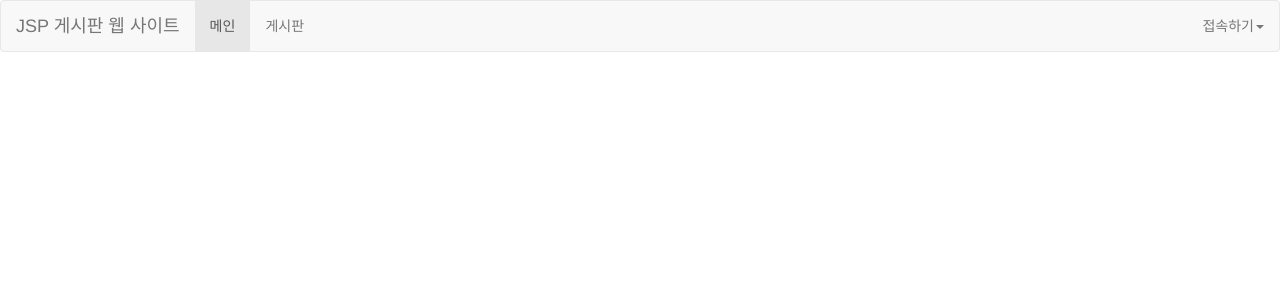
Repository: filola/web_project
Page: http://localhost/BBS/bbs.jsp
These files come from the project's save history. The page is drawn as it stood at one moment and after the next save; the edit follows.
The browser window is 1280 px wide. The pictures show the whole page.
Some web libraries are served in a nearby version. The page is served by Tomcat 9.

Above is the page before, as saved 2019-12-07 04:20:39.

After the next save:
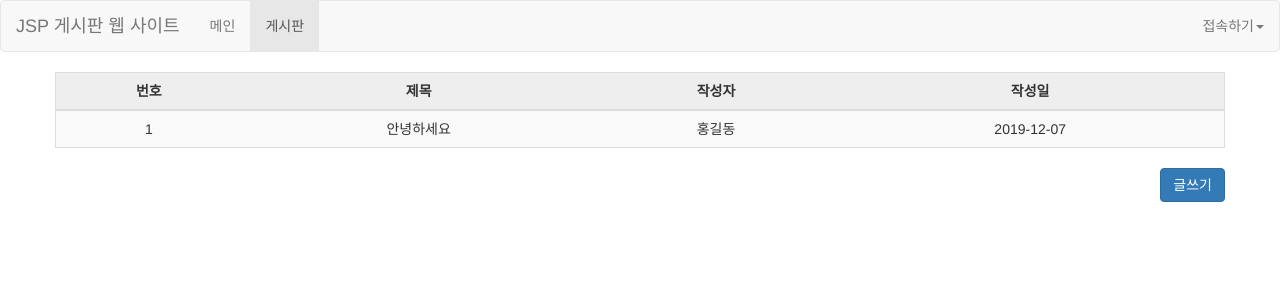
Saved 50 min 18 s later.
--- a/projects/BBS/WebContent/bbs.jsp
+++ b/projects/BBS/WebContent/bbs.jsp
@@ -29,8 +29,8 @@
 		</div>
 		<div class="collapse navbar-collapse" id="bs-example-navbar-collapse-1">
 			<ul class="nav navbar-nav">
-				<li class="active"><a href="main.jsp">메인</a></li>
-				<li><a href="bbs.jsp">게시판</a></li>
+				<li><a href="main.jsp">메인</a></li>
+				<li class="active"><a href="bbs.jsp">게시판</a></li>
 			</ul>
 			<%
 				if(userID ==null) {
@@ -64,6 +64,29 @@
 			%>
 		</div>
 	</nav>
+	<div class="container">
+		<div class="row">
+			<table class="table table-striped" style="text-align: center; border: 1px solid #dddddd">
+				<thead>
+					<tr>
+						<th style="background-color: #eeeeee; text-align: center;">번호</th>
+						<th style="background-color: #eeeeee; text-align: center;">제목</th>
+						<th style="background-color: #eeeeee; text-align: center;">작성자</th>
+						<th style="background-color: #eeeeee; text-align: center;">작성일</th>
+					</tr>
+				</thead>
+				<tbody>
+					<tr>
+						<td>1</td>
+						<td>안녕하세요</td>
+						<td>홍길동</td>
+						<td>2019-12-07</td>
+					</tr>
+				</tbody>
+			</table>
+			<a href="write.jsp" class="btn btn-primary pull-right">글쓰기</a>
+		</div>
+	</div>
 	<script src="https://ajax.aspnetcdn.com/ajax/jQuery/jquery-3.3.1.min.js"></script>
 	<script src="https://maxcdn.bootstrapcdn.com/bootstrap/3.3.7/js/bootstrap.min.js"></script>
 	<script src="https://ajax.googleapis.com/ajax/libs/jquery/3.2.1/jquery.min.js"></script>
